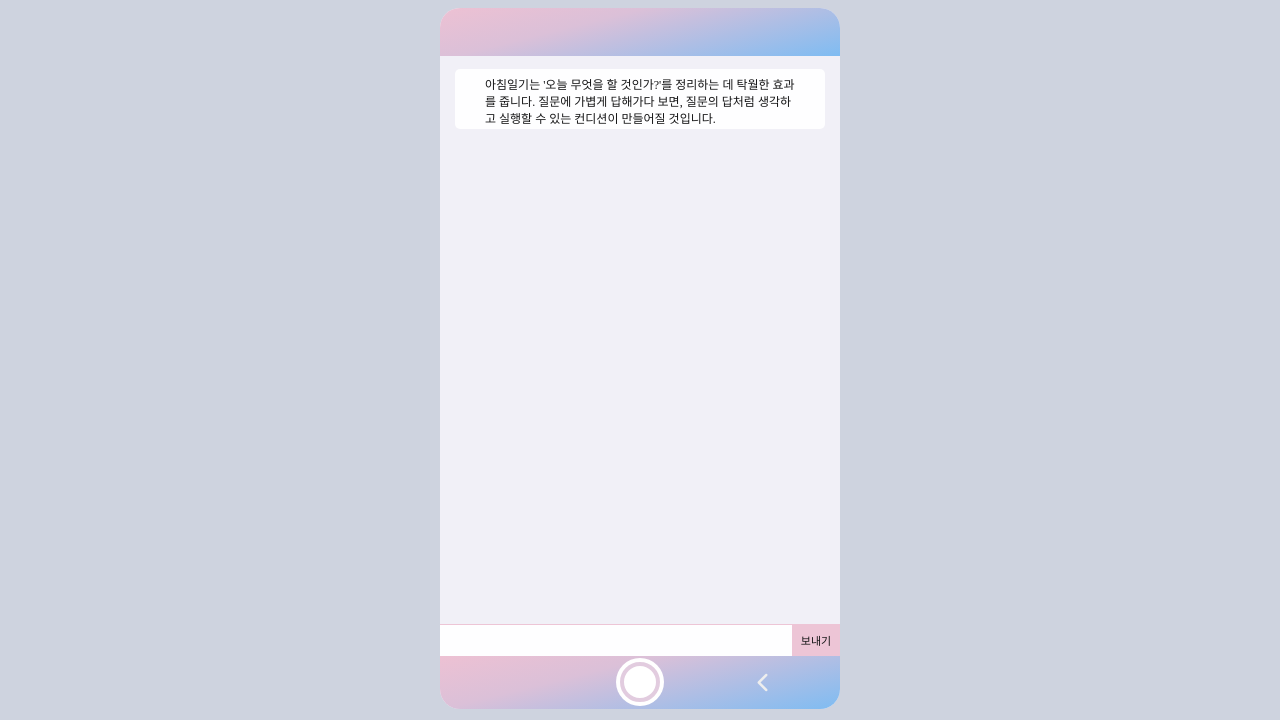
Repository: jinhee196/diary
Page: index.html
The author's editor kept a copy of each file at every save. The page is drawn from the files as they stood at one save, then again after the next save.
The browser window is 1280 px wide. The pictures show the whole page.
After loading, the first visible `button.note2` was clicked once.
Some web fonts or font styles are not loaded; a fallback is used. Some web libraries are served in a nearby version.

Above is the page before, as saved 2021-06-05 16:23:46.

After the next save:
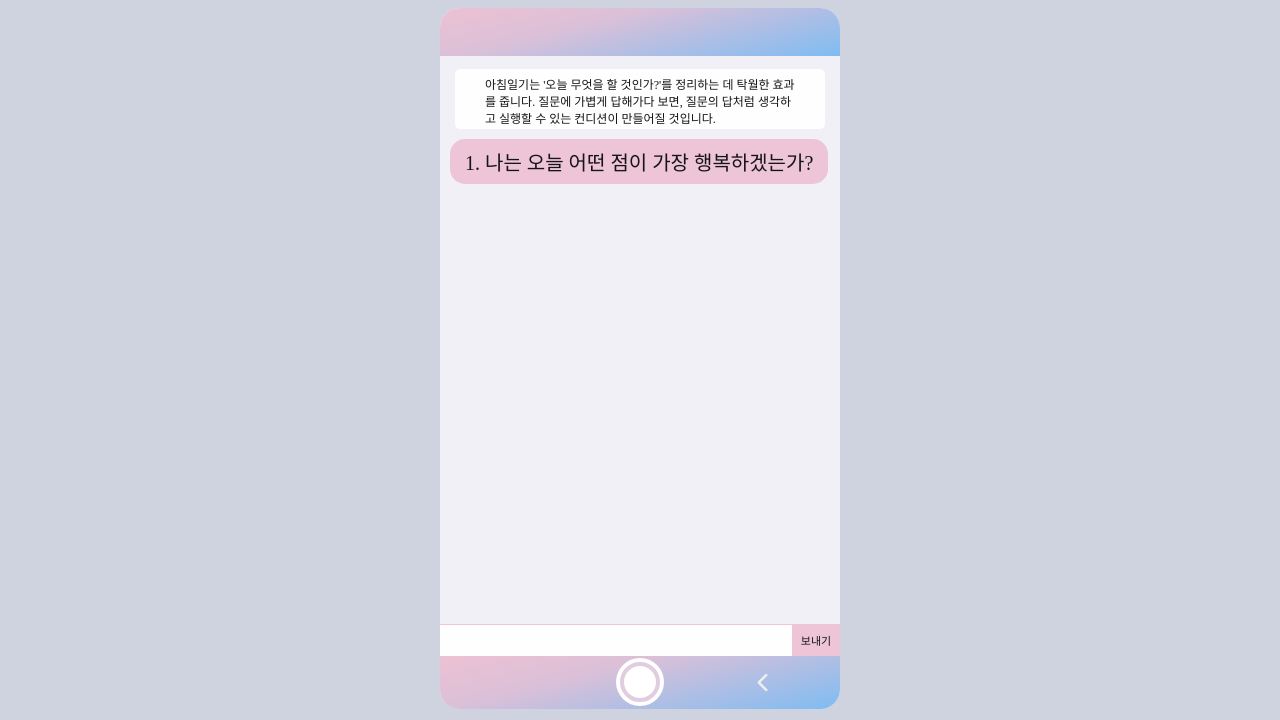
Saved 61 s later.
--- a/js/main.js
+++ b/js/main.js
@@ -47,6 +47,7 @@ function goNext(qIdx){
     const item = document.createElement('li');
     item.setAttribute('class', 'item');
     item.innerHTML = morningList[qIdx].q;
+    items.appendChild(item);
     // for(let i in qnaList[qIdx].a){
     //   addAnswer(qnaList[qIdx].a[i].answer, qIdx);
     // }
